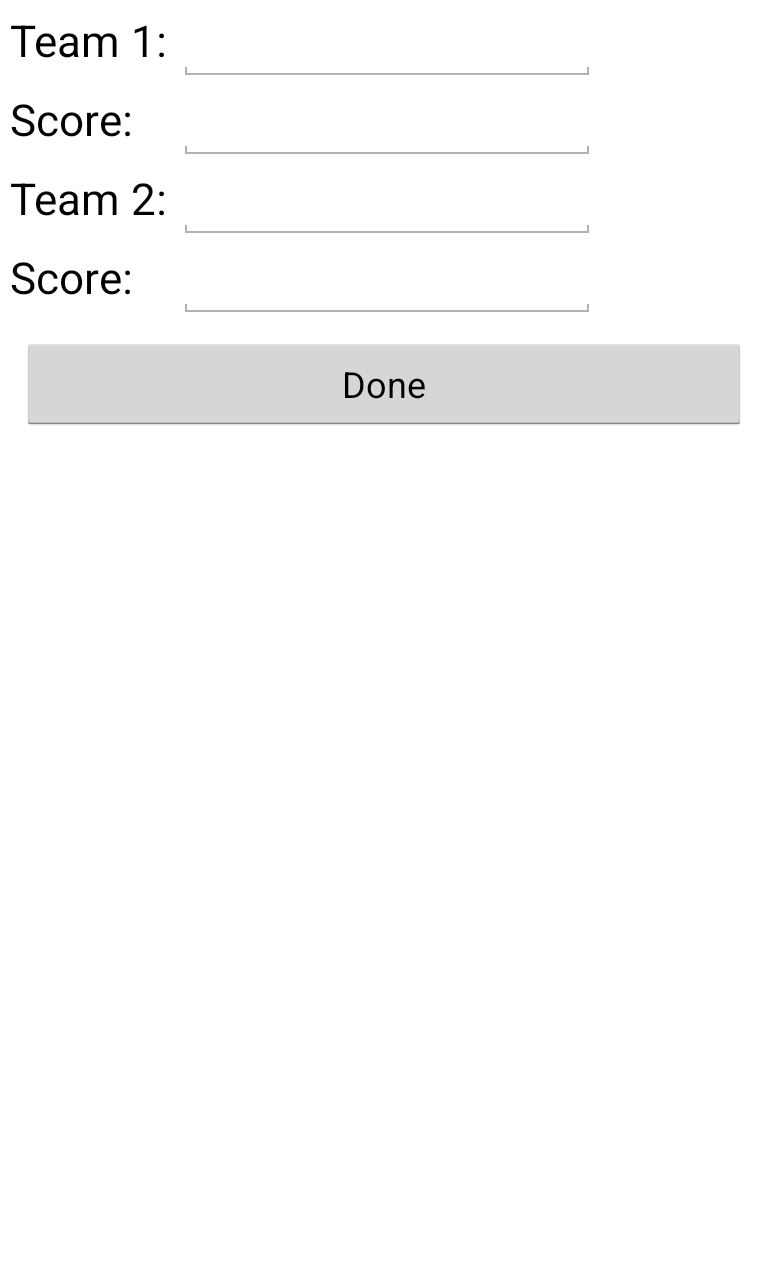
Repository: shervinshaikh/Android
Layout: NBAScoreTracker/res/layout/fragment_scores.xml
The author's editor kept a copy of each file at every save. The layout is drawn from the files as they stood at one save, then again after a run of saves.
It is drawn on a 768 x 1280 px phone screen (xhdpi) without system bars, with theme AppTheme; the app's code is not run.

Above is the layout before, as saved 2013-04-30 02:07:17.

After the next 2 saves:
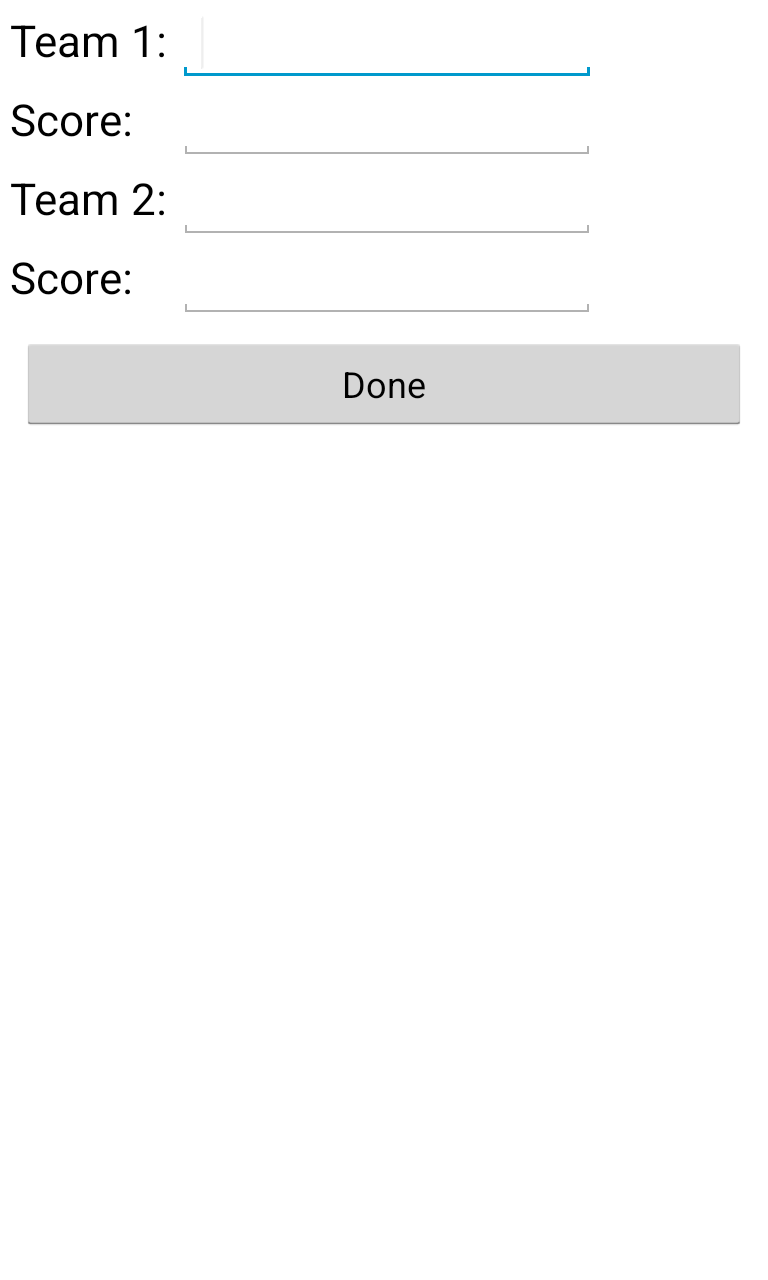
The 2 saves are shown as one change because 1 did not build or start.
The last was saved 22 s later.
--- a/NBAScoreTracker/res/layout/fragment_scores.xml
+++ b/NBAScoreTracker/res/layout/fragment_scores.xml
@@ -22,6 +22,7 @@
             android:layout_height="wrap_content"
             android:ems="10"
              />
+             <requestFocus />
 
     </TableRow>
 
